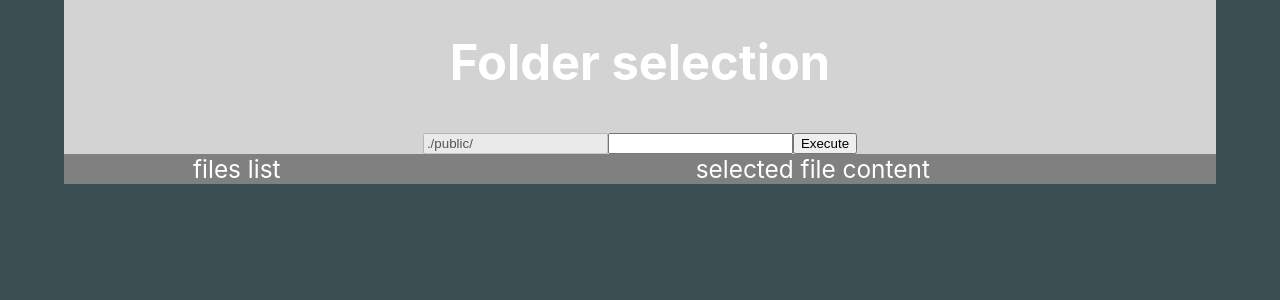
Repository: idubi/DevopsCourse
Page: / (app in lesson03/assignment/client/)
These files come from the project's save history. The page is drawn as it stood at one moment and after the next save; the edit follows.
The browser window is 1280 px wide. The pictures show the whole page.
The project was rebuilt for these pictures with package versions that can differ from the ones it lists, and the page was loaded fresh each time.

Above is the page before, as saved 2023-06-15 03:21:20.

### lesson03/assignment/client/src/App.js
import "./App.css";
import "./components/FilesBrowser";
import FileBrowser from "./components/FilesBrowser";
import styled from "styled-components";

function App() {
  return (
    <Container className="App">
      <header className="App-header">
        <FileBrowser></FileBrowser>
      </header>
    </Container>
  );
}

const Container = styled.div`
  display: flex;
  flex-direction: column;
  height: 100%;
  width: 100%;
`;

export default App;

### lesson03/assignment/client/src/App.css
.App {
  text-align: center;
}

.App-logo {
  height: 40vmin;
  pointer-events: none;
}

@media (prefers-reduced-motion: no-preference) {
  .App-logo {
    animation: App-logo-spin infinite 20s linear;
  }
}

.App-header {
  background-color: #394f51;
  min-height: 100vh;
  display: flex;
  flex-direction: column;
  align-items: center;

  font-size: calc(10px + 2vmin);
  color: white;
}

.App-link {
  color: #61dafb;
}

### lesson03/assignment/client/src/components/FilesBrowser.js
import React, { useState } from "react";
import styled from "styled-components";
function FileBrowser() {
  const [path, setPath] = useState("");
  // const [response, setResponse] = useState("");

  const handlePathChange = (event) => {
    setPath(event.target.value);
  };

  const handleExecute = () => {
    //   fetch(path)
    //     .then((response) => response.json())
    //     .then((data) => setResponse(JSON.stringify(data)))
    //     .catch((error) => console.error("Error:", error));
  };

  return (
    <Container>
      <Upper>
        <h1>Folder selection</h1>
        <input type="text" value="./public/" disabled />
        <input type="text" value={path} onChange={handlePathChange} />
        <button onClick={handleExecute}>Execute</button>
      </Upper>
      <Lower>
        <LeftLowerDiv>files list</LeftLowerDiv>
        <RightLowerDiv>selected file content</RightLowerDiv>
      </Lower>
    </Container>
  );
}

const Container = styled.div`
  display: flex;
  flex-direction: column;
  height: 90%;
  width: 90%;
`;

const Upper = styled.div`
  height: 30%;
  background-color: lightgrey;
`;

const Lower = styled.div`
  display: flex;
  flex-direction: row;
  height: 100%;
`;

const LeftLowerDiv = styled.div`
  width: 30%;
  height: 100%;
  background-color: gray;
`;
const RightLowerDiv = styled.div`
  width: 70%;
  height: 100%;
  background-color: gray;
`;

export default FileBrowser;

Loaded but not shown: lesson03/assignment/client/public/index.html (common file); lesson03/assignment/client/src/index.js (common file); lesson03/assignment/client/src/index.css (common file); lesson03/assignment/client/src/reportWebVitals.js (common file)

After the next save:
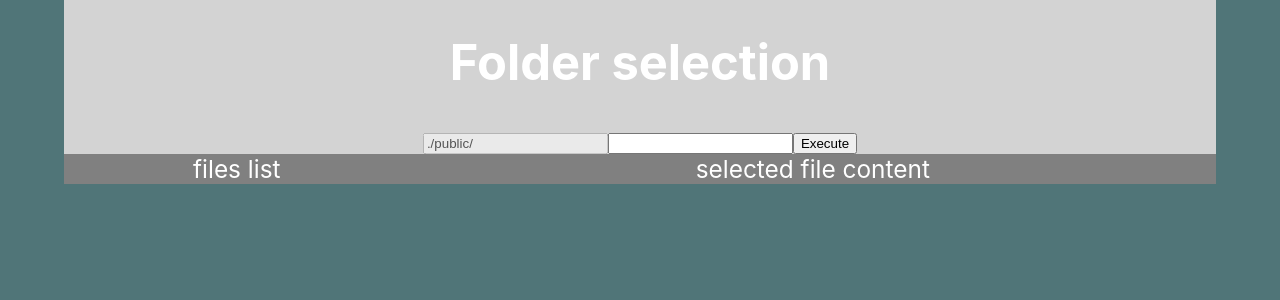
Saved 59 s later.
--- a/lesson03/assignment/client/src/App.css
+++ b/lesson03/assignment/client/src/App.css
@@ -14,7 +14,7 @@
 }
 
 .App-header {
-  background-color: #394f51;
+  background-color: #507578;
   min-height: 100vh;
   display: flex;
   flex-direction: column;
